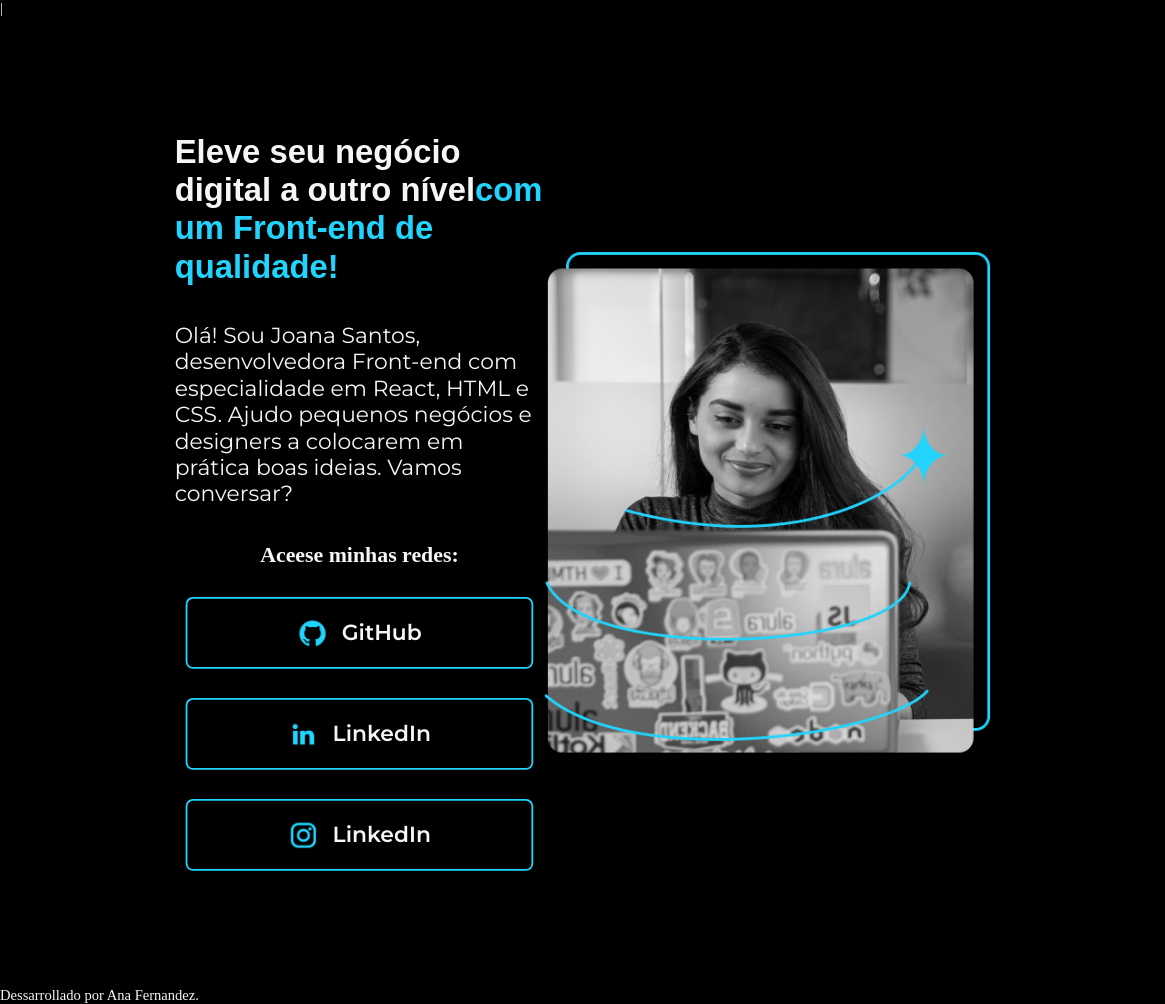
Repository: AnaFzCz/Portifolio-HTML-CSS-dinamico
Page: index.html
The author's editor kept a copy of each file at every save. The page is drawn from the files as they stood at one save, then again after the next save.
The browser window is 1280 px wide. The pictures show the whole page, at 91% of full size.
Some web fonts or font styles are not loaded; a fallback is used.

Above is the page before, as saved 2025-02-09 06:56:27.

### index.html
|
<!DOCTYPE html>
<html lang="pt-br">

<head>
    <meta charset="UTF-8">
    <meta http-equiv="X-UA-Compatible" content="IE=edge">
    <meta name="viewport" content="width=device-width, initial-scale=1.0">
    <title>Portifolio</title>
    <link rel="stylesheet" href="style.css">
</head>

<body>
    <header></header>
    <main class="apresentacao">
        <section class="apresentacao__conteudo">
            <h1 class="apresentacao__conteudo__titulo">Eleve seu negócio digital a outro nível<strong
                    class="titulo-destaque">com um Front-end de qualidade!
                </strong></h1>
            <p class="apresentacao__conteudo__texto">Olá! Sou Joana Santos, desenvolvedora
                Front-end com especialidade em React, HTML e
                CSS. Ajudo pequenos negócios e designers a
                colocarem em prática boas ideias. Vamos
                conversar?</p>
            <div class="apresentacao__links">
                <h2 class="apresentacao__links_subtitulo">Aceese minhas redes:</h2>
                <a class="apresentacao__links__link" href="https://github.com/AnaFzCz">
                    <img src="/assets/github.png">
                    GitHub</a>
                <a class="apresentacao__links__link" href="https://linkdIn.com/in/ana-fernandez-cruz-238787124">
                    <img src="/assets/linkedin.png">
                    LinkedIn</a>
                <a class="apresentacao__links__link" href="https://instagram.com/anafzcz">
                    <img src="/assets/instagram.png">
                    LinkedIn</a>

            </div>

        </section>
        <img src="/assets/Imagem.png" alt="Foto da Joana Santos programando">
    </main>
    <footer class="rodape">
        <p>
            Dessarrollado por Ana Fernandez.
        </p>
    </footer>
</body>

</html>

### style.css
@import url('https://fonts.googleapis.com/css2?family=Krona+One&family=Montserrat:wght@400;600&display=swap');

* {
    margin: 0;
    padding: 0;
}

body {
    height: 100vh;
    box-sizing: border-box;
    background-color: #000000;
    color: #F6F6F6;
}

.titulo-destaque {
    color: #22D4FD;
}

.apresentacao {
    margin: 10% 15%;
    display: flex;
    align-items: center;
    justify-content: space-between;
}

.apresentacao__conteudo {
    width: 615px;
    display: flex;
    flex-direction: column;
    gap: 40px;
}

.apresentacao__conteudo__titulo {
    font-size: 36px;
    font-family: 'Krona One', sans-serif;
}

.apresentacao__conteudo__texto {
    font-size: 24px;
    font-family: 'Montserrat', sans-serif;
}

.apresentacao__links {
    display: flex;
    flex-direction: column;
    justify-content: space-between;
    align-items: center;
    gap: 32px;
}

.apresentacao__links__subtitulo {
    font-family: 'Krona One', sans-serif;
    font-weight: 400;
    font-size: 24px;
}

.apresentacao__links__link {
    /* background-color: #22D4FD; */
    display: flex;
    justify-content: center;
    gap: 16px;
    border: 2px solid #22D4FD;
    width: 378px;
    text-align: center;
    border-radius: 8px;
    font-size: 24px;
    font-weight: 600;
    padding: 21.5px 0;
    text-decoration: none;
    color: #F6F6F6;
    font-family: 'Montserrat', sans-serif;
}

.apresentacao__links__link:hover {
    cursor: pointer;
    background-color: #272727;
    border: 2px solid #0000FF;
}

After the next save:
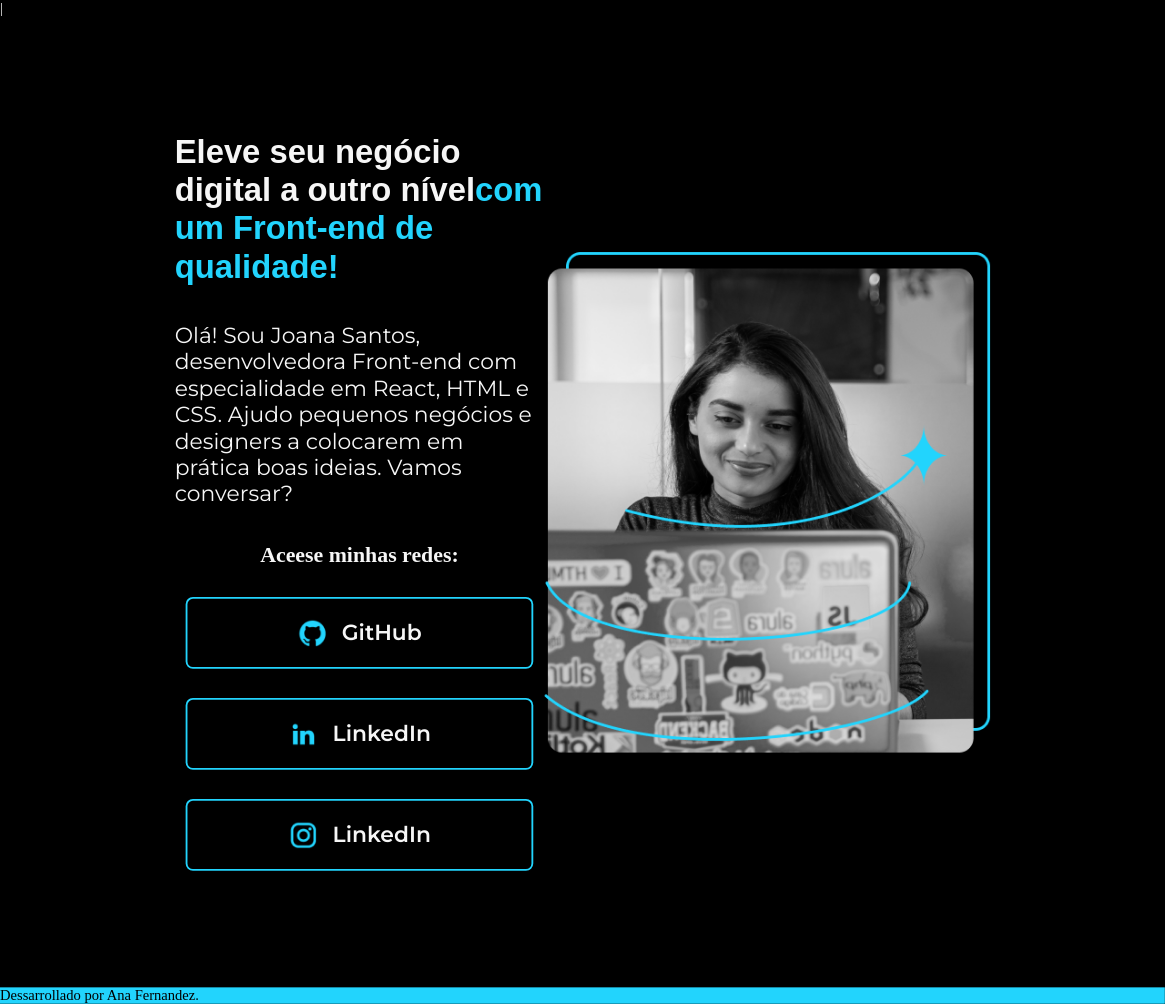
Saved 102 s later.
--- a/style.css
+++ b/style.css
@@ -76,3 +76,8 @@
     background-color: #272727;
     border: 2px solid #0000FF;
 }
+
+.rodape {
+    color: #000000;
+    background-color: #22D4FD;
+}
